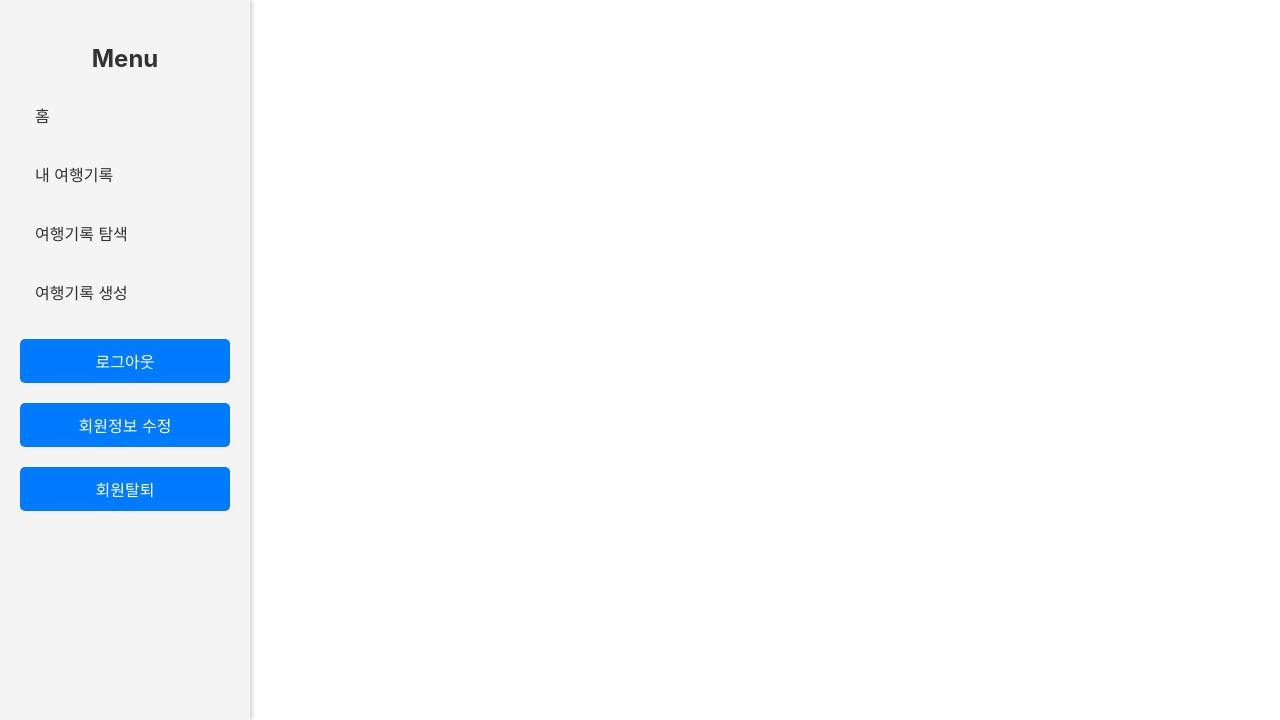
Repository: gimm5550/frontend2
Page: /register
An editor plug-in stored every save of this project. The page is shown before and after the next save, followed by the edit.
The browser window is 1280 px wide. The pictures show the whole page.
The project was rebuilt for these pictures with package versions that can differ from the ones it lists, and the page was loaded fresh each time. Also part of the build but not shown: src/url.js, src/components/common/KakaoLoginButton.js, src/components/FromServer.js, src/components/common/Footer.js, src/components/common/Header.js, src/components/layout/LandingPageLayout.js, src/components/LoginForm.js, src/components/layout/LoginFormLayout.js and 22 more.

Above is the page before, as saved 2024-11-20 15:25:30.

After the next save:
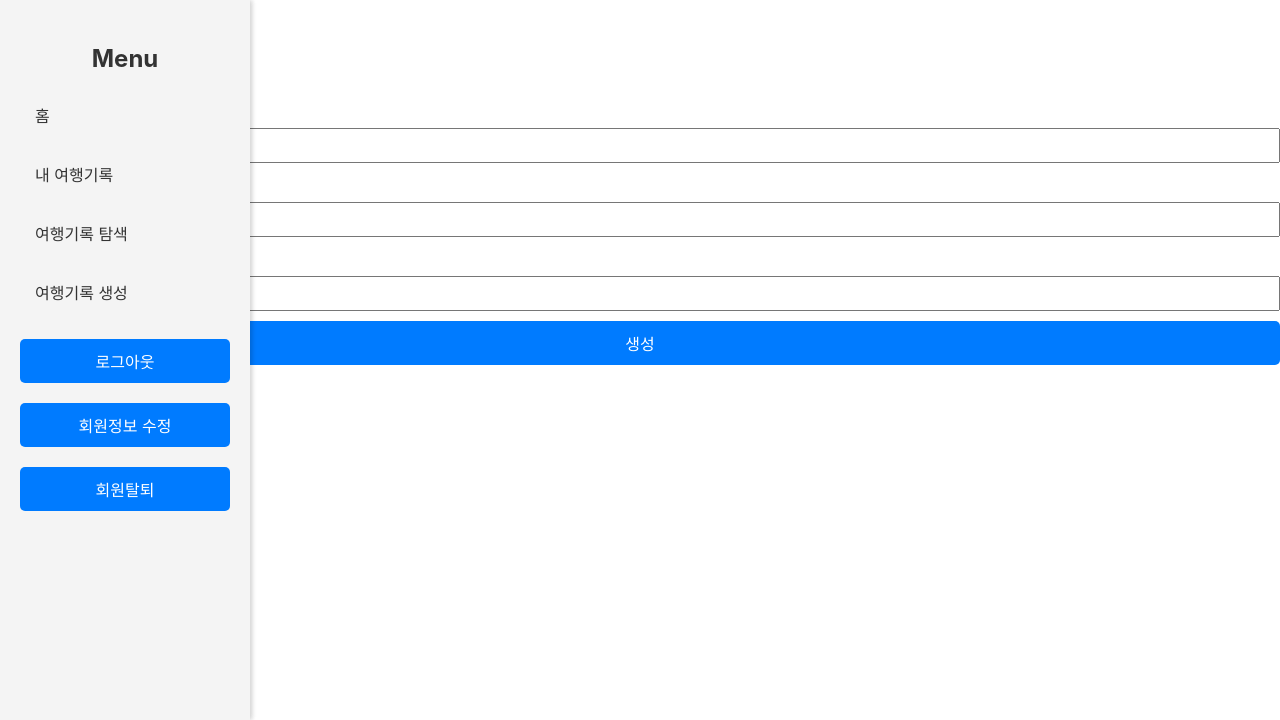
Saved 53 s later.
--- a/src/App.css
+++ b/src/App.css
@@ -3,6 +3,8 @@
   display: flex; /* 메뉴바와 본문을 가로로 배치 */
   height: 100vh; /* 전체 화면 높이 */
   overflow: hidden; /* 스크롤바 숨김 */
+  margin: 0;
+  padding: 0;
 }
 
 /* 메뉴바 스타일 */
@@ -10,13 +12,13 @@
   width: 250px; /* 메뉴바 너비 */
   background-color: #f4f4f4; /* 메뉴바 배경색 */
   box-shadow: 2px 0 5px rgba(0, 0, 0, 0.1); /* 그림자 효과 */
-  padding: 20px; /* 내부 여백 */
   position: fixed; /* 고정 위치 */
-  left: 0;
+  left: 0; /* 왼쪽에 고정 */
   top: 0;
   bottom: 0;
   z-index: 10; /* 다른 요소 위에 배치 */
   overflow-y: auto; /* 스크롤 가능 */
+  box-sizing: border-box;
 }
 
 /* 본문 영역 스타일 */
@@ -26,16 +28,15 @@
   overflow-y: auto; /* 세로 스크롤 허용 */
   padding: 0; /* 내부 여백 제거 */
   background-color: #ffffff; /* 본문 배경색 */
-  display: flex;
-  flex-direction: column; /* 콘텐츠를 세로로 배치 */
-  align-items: flex-start; /* 콘텐츠를 왼쪽 정렬 */
-  justify-content: flex-start; /* 콘텐츠 상단 정렬 */
-  box-sizing: border-box; /* 패딩을 포함한 크기 계산 */
+  display: block;
+  box-sizing: border-box; /* 패딩 포함 크기 계산 */
 }
 
 /* 여백 제거 */
-.main-content1, .layout {
-  margin: 0; /* 외부 여백 제거 */
-  padding: 0; /* 내부 여백 제거 */
-  width: 100%; /* 전체 너비 사용 */
+body, html, .layout, .main-content1 {
+  margin: 0;
+  padding: 0;
+  width: 100%;
+  height: 100%;
+  overflow: hidden;
 }
